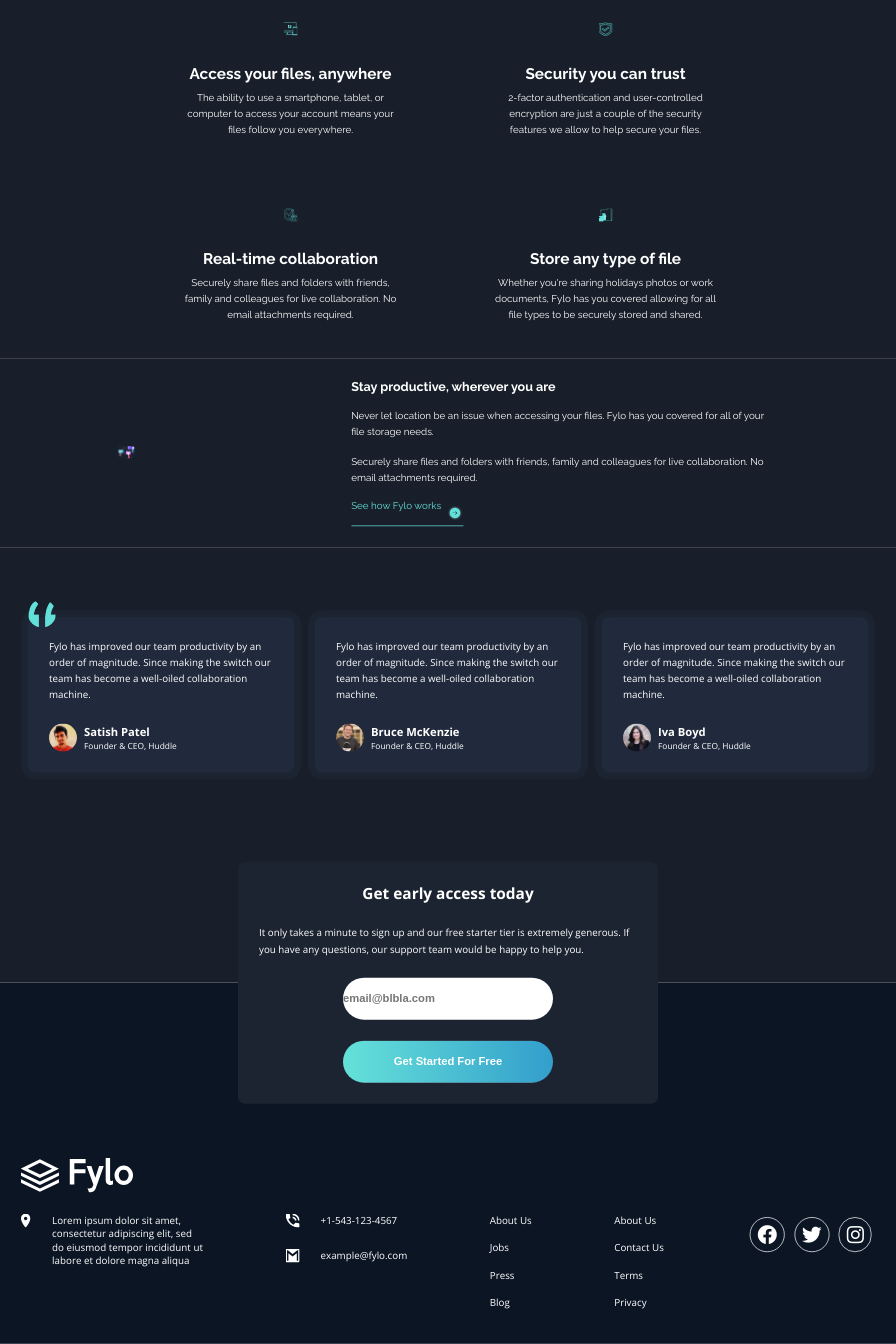
Repository: tomas938/fylo-dark-theme-landing-page-master
Page: index.html
The author's editor kept a copy of each file at every save. The page is drawn from the files as they stood at one save, then again after the next save.
The browser window is 1280 px wide. The pictures show the part of the page from y = 804 to 2724 px (the page is 2724 px tall), at 70% of full size.
Some web libraries are served in a nearby version. The style sheet was rebuilt from its Sass, Less or Tailwind sources for each picture, by a compiler version that may differ from the author's.

Above is the page before, as saved 2021-08-05 19:38:27.

After the next save:
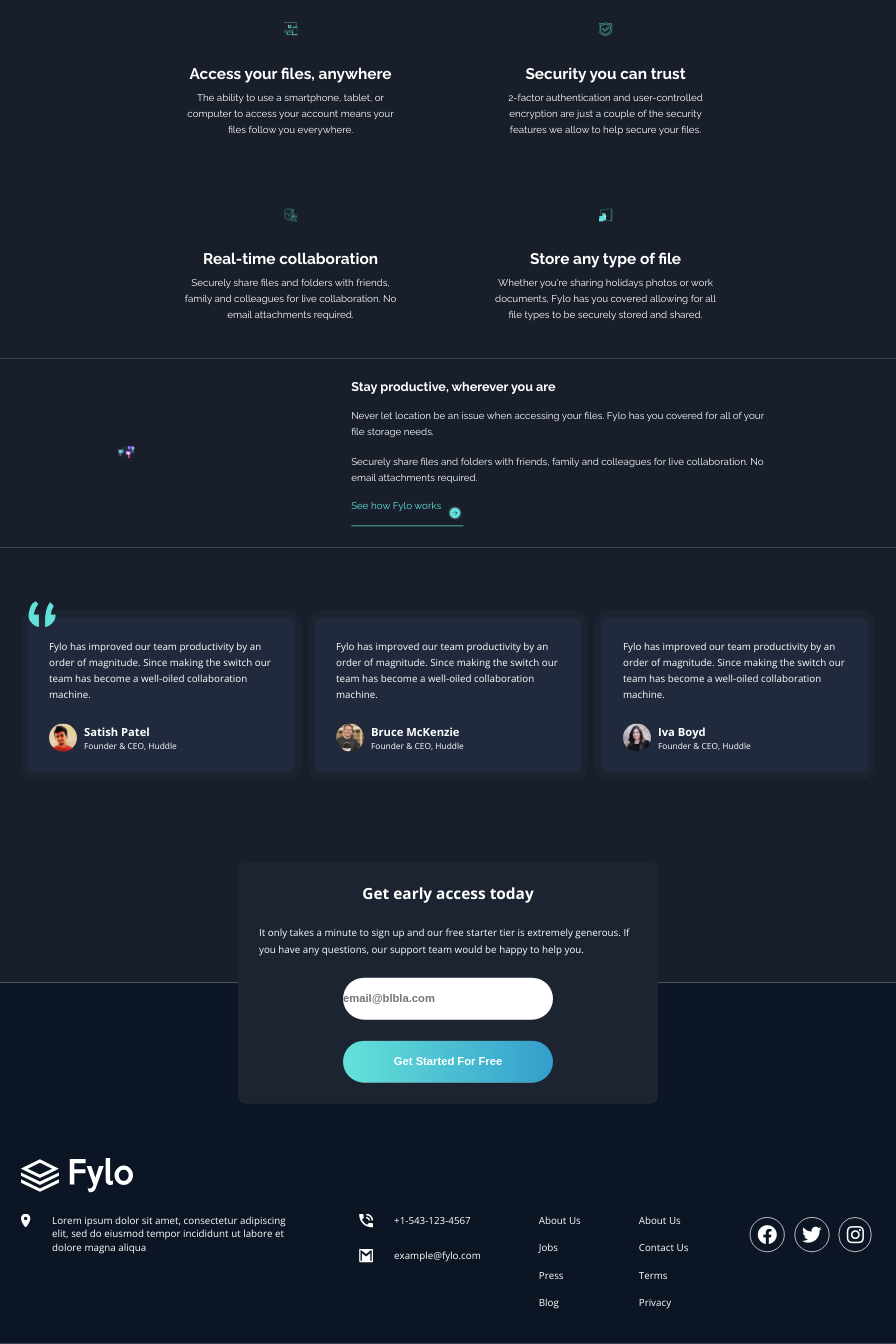
Saved 4 s later.
--- a/scss/_partials/_footer.scss
+++ b/scss/_partials/_footer.scss
@@ -115,7 +115,7 @@
 	grid-gap: 3rem;
 }
 .location {
-	width: 26rem;
+	width: 40rem;
 }
 img {
 	width: 2rem;
